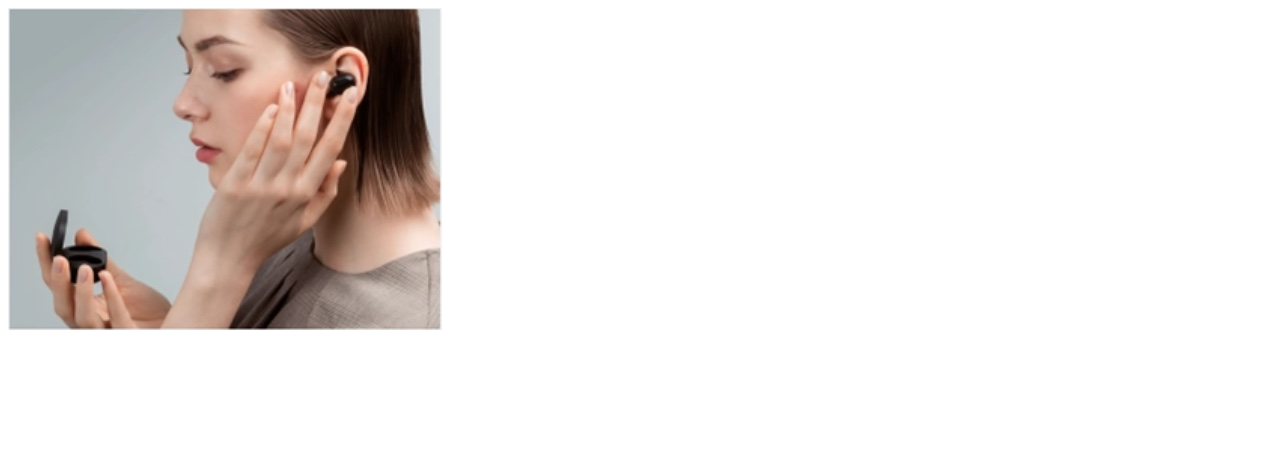
Repository: TheBestBadGuy0228/code
Page: 盒子的综合案例.html
An editor plug-in stored every save of this project. The page is shown before and after the next save, followed by the edit.
The browser window is 1280 px wide. The pictures show the whole page.

Above is the page before, as saved 2021-11-29 14:33:45.

After the next save:
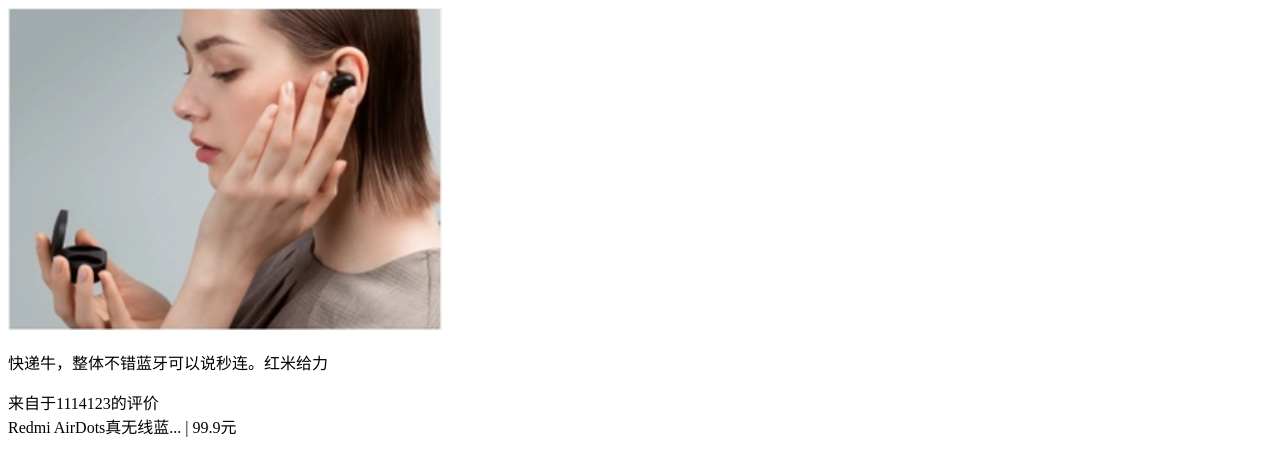
Saved 2 min 22 s later.
--- a/盒子的综合案例.html
+++ b/盒子的综合案例.html
@@ -15,6 +15,9 @@
 <body>
     <div class="box1">
         <img src="img/盒子的综合案例1.jpg" alt="小米蓝牙耳机">
+        <p class="review">快递牛，整体不错蓝牙可以说秒连。红米给力</p>
+        <div class="appraise">来自于1114123的评价</div>
+        <div class="info">Redmi AirDots真无线蓝... | 99.9元</div>
     </div>
 </body>
 </html>
